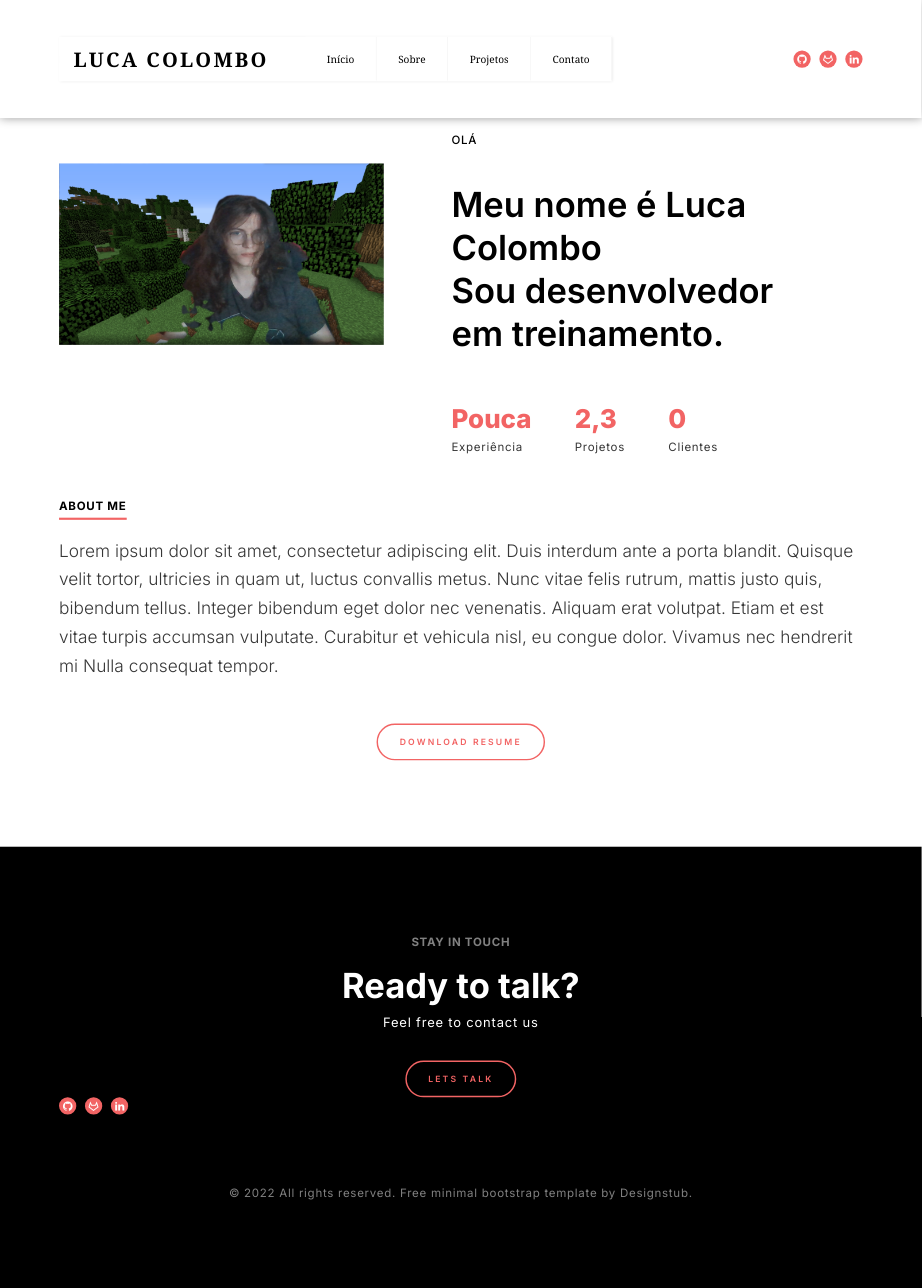
Repository: lxcxcxlxmb/portfolio
Page: index.html
The author's editor kept a copy of each file at every save. The page is drawn from the files as they stood at one save, then again after the next save.
The browser window is 1280 px wide. The pictures show the whole page, at 72% of full size.

Above is the page before, as saved 2022-05-25 13:07:46.

After the next save:
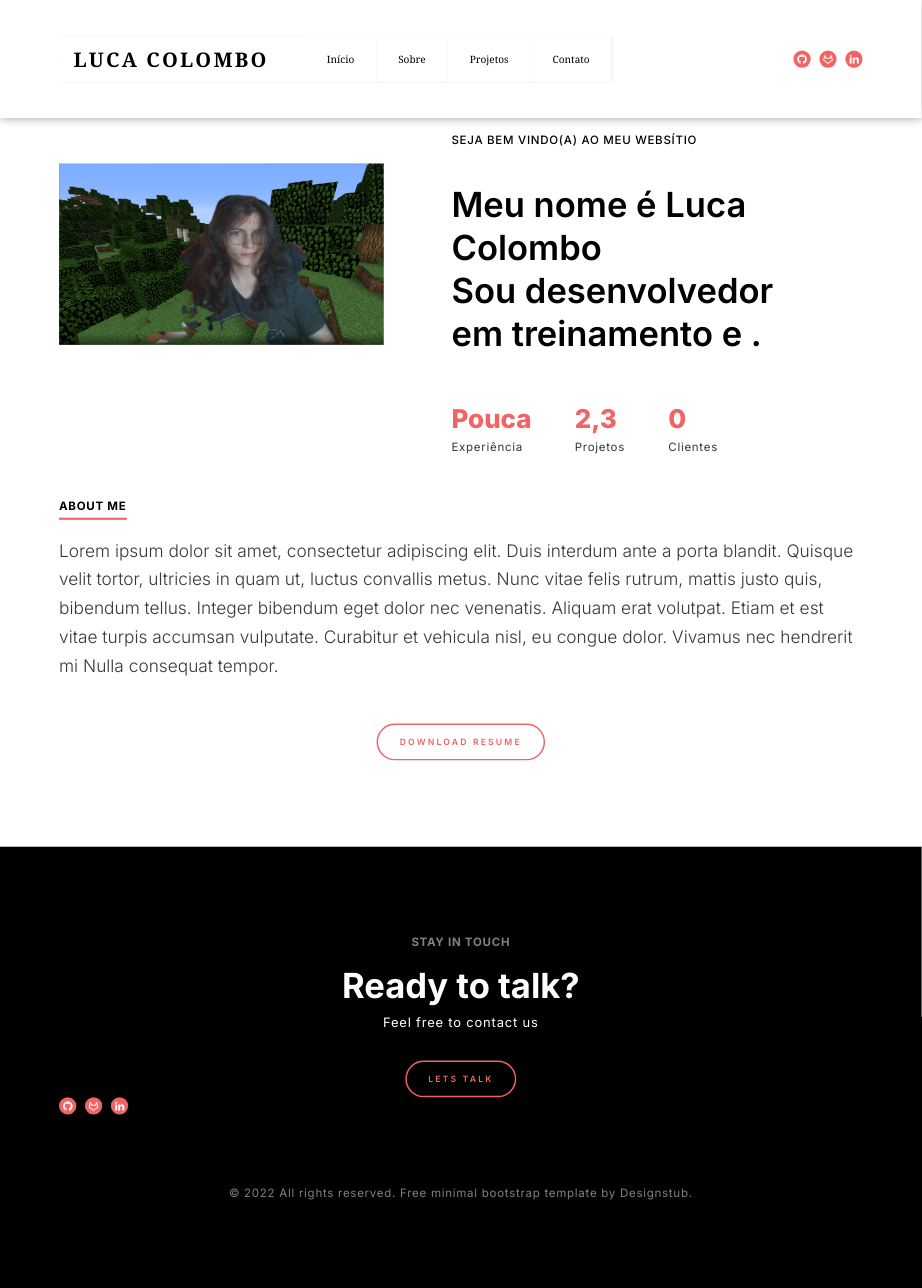
Saved 3 min 46 s later.
--- a/index.html
+++ b/index.html
@@ -73,8 +73,8 @@
         <div class="col-12 col-sm-12 col-md-7 col-lg-7 col-xl-7 col-xxl-7">
           <section>
             <h1>
-              <span>OLÁ</span>
-              Meu nome é Luca Colombo <br> Sou desenvolvedor em treinamento.
+              <span>SEJA BEM VINDO(A) AO MEU WEBSÍTIO</span>
+              Meu nome é Luca Colombo <br> Sou desenvolvedor em treinamento e .
             </h1>
             <ul class="ds-numbervalulist">
               <li>
